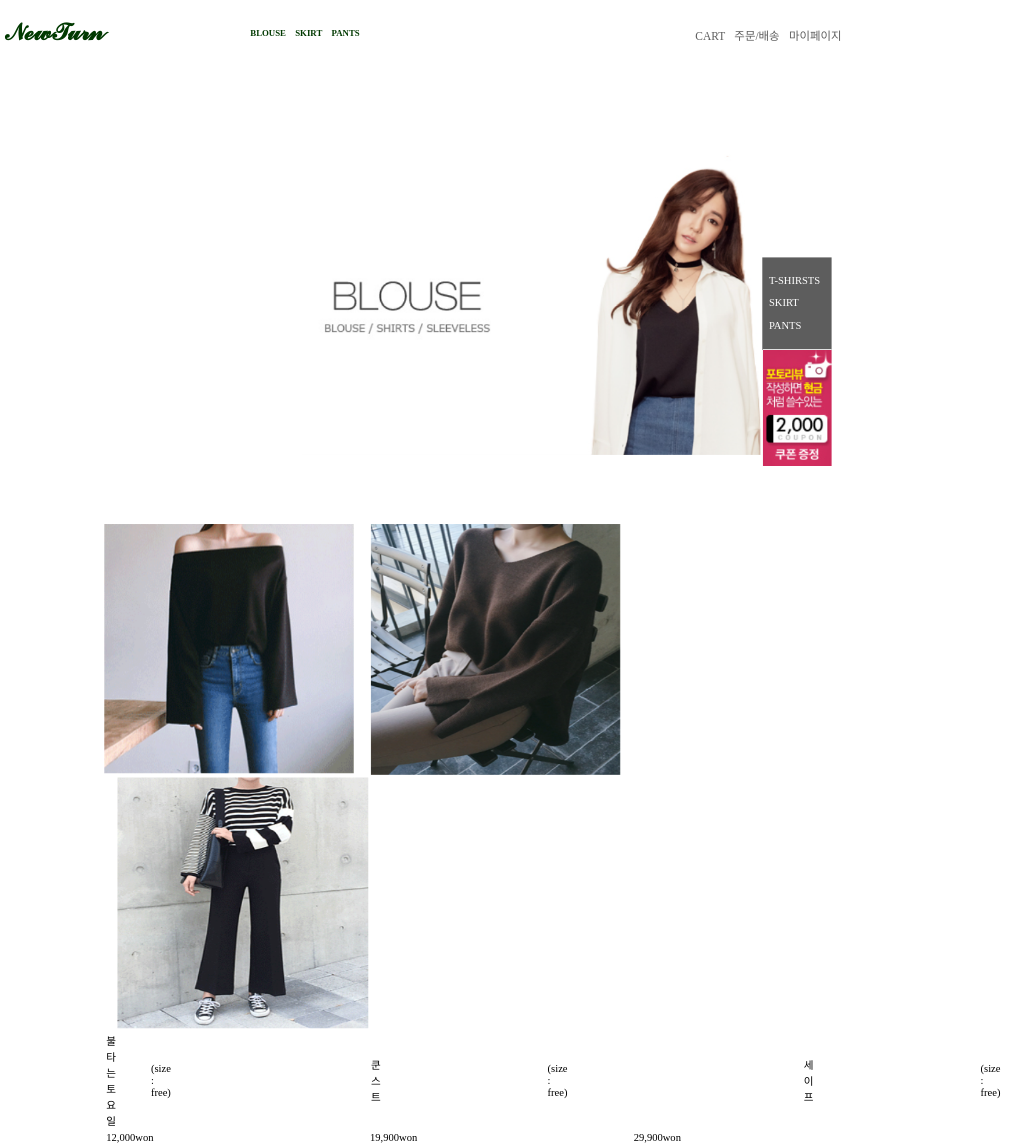
Repository: won0108/Port-Folio
Page: Creating_Homepage/Shopping/WebContent/top.html
An editor plug-in stored every save of this project. The page is shown before and after the next save, followed by the edit.
The browser window is 1280 px wide. The page is 1519 px wide, then 1569 px, so the pictures cover 1569 px, including what lies to the right of the window. The pictures show the whole page, at 66% of full size.

Above is the page before, as saved 2020-12-03 08:01:56.

### Creating_Homepage/Shopping/WebContent/top.html
<!DOCTYPE html>
<html>
<head>  <!--웹페이지에 대한 정보를 제공한다.-->
 <title> New Turn </title>  <!--탭에 New Turn을 나타낸다.-->
<style>

 	@font-face{
 	font-family:"My Font";
 	src: url("fontstyle/ENCOSCPT.TTF");
	}
 	h1{
   	color:#003900;
   	position:fixed;
   	top: 0px;
   	left:10px;
   	font-family:"My Font", serif;
   	font-size: 30pt;
   	}
	#infor{
	position:fixed;
	top:40px; right:0px;
	}
	#infor a{
	text-decoration:none;
	color:#5D5D5D;
	font-size:13pt;
	display: inline;
	padding :5px;
	}
	#infor a:hover{
	tex-decoration:underline;
	color: black;
	text-weight:bold;
	}
	#categ{
	position:fixed;
	top:25px; right:730px;
	}
	#categ ul li{
	display: inline;
	}
	#categ ul li a{
	text-decoration:none;
	color:#003900;
	font-size:10pt;
	font-weight:bold;
	text-transform:uppercase;
	padding :5px;
	}
	#categ ul li a:hover{
	tex-decoration:underline; color: black;
	}
	#main{
   	position:relative;
   	top: 300px; margin-left:150px;
   }
</style>
</head>
<body>
	<h1> NewTurn </h1>
	<div id="infor">
		<a href="">CART</a>
		<a href="">주문/배송</a>
		<a href="마이페이지.html">마이페이지</a>
	</div>
	<div id="categ">
		<ul>
			<li><a href="top.html">BLOUSE</a></li>
			<li><a href="skirt.html">SKIRT</a></li>
			<li><a href="pants.html">PANTS</a></li>
		</ul>
	</div>
	<img style="position:relative; top: 200px; left:450px;" src="images/티파니.PNG"><br>
	<div id="main">
			<img src="images/티셔츠1.PNG" width="380" height="380">
			<img src="images/티셔츠2.PNG" width="380" height="380" style="padding-left:20px;">
			<img src="images/티셔츠3.PNG" width="380" height="380" style="padding-left:20px;">
			<table>
				<tr>
					<td>불타는 토요일</td>
					<td style="padding-left:50px;">(size : free)</td>
					<td style="padding-left: 300px;">쿤스트</td>
					<td style="padding-left:250px;">(size : free)</td>
					<td style="padding-left: 355px;">세이프</td>
					<td style="padding-left:250px;">(size : free)</td>


			    </tr>
			</table>

		<table>
			<tr>
		    	<td>12,000won</td>
		    	<td style="padding-left: 325px;">19,900won</td>
		    	<td style="padding-left: 325px;">29,900won</td>
		    </tr>
		</table>
		</div>

<div style="background-color:#5D5D5D;
width:85px; height:120px; right:20px; bottom:190px;
color:white; display:block; position:fixed; padding:10px;">
<p>T-SHIRSTS</p>
<p>SKIRT</p>
<p>PANTS</p>
</div>
<div style=" display:block; position:fixed; right:20px; bottom:10px;">
<img src="쿠폰.png"></div>

</body>
</html>

After the next save:
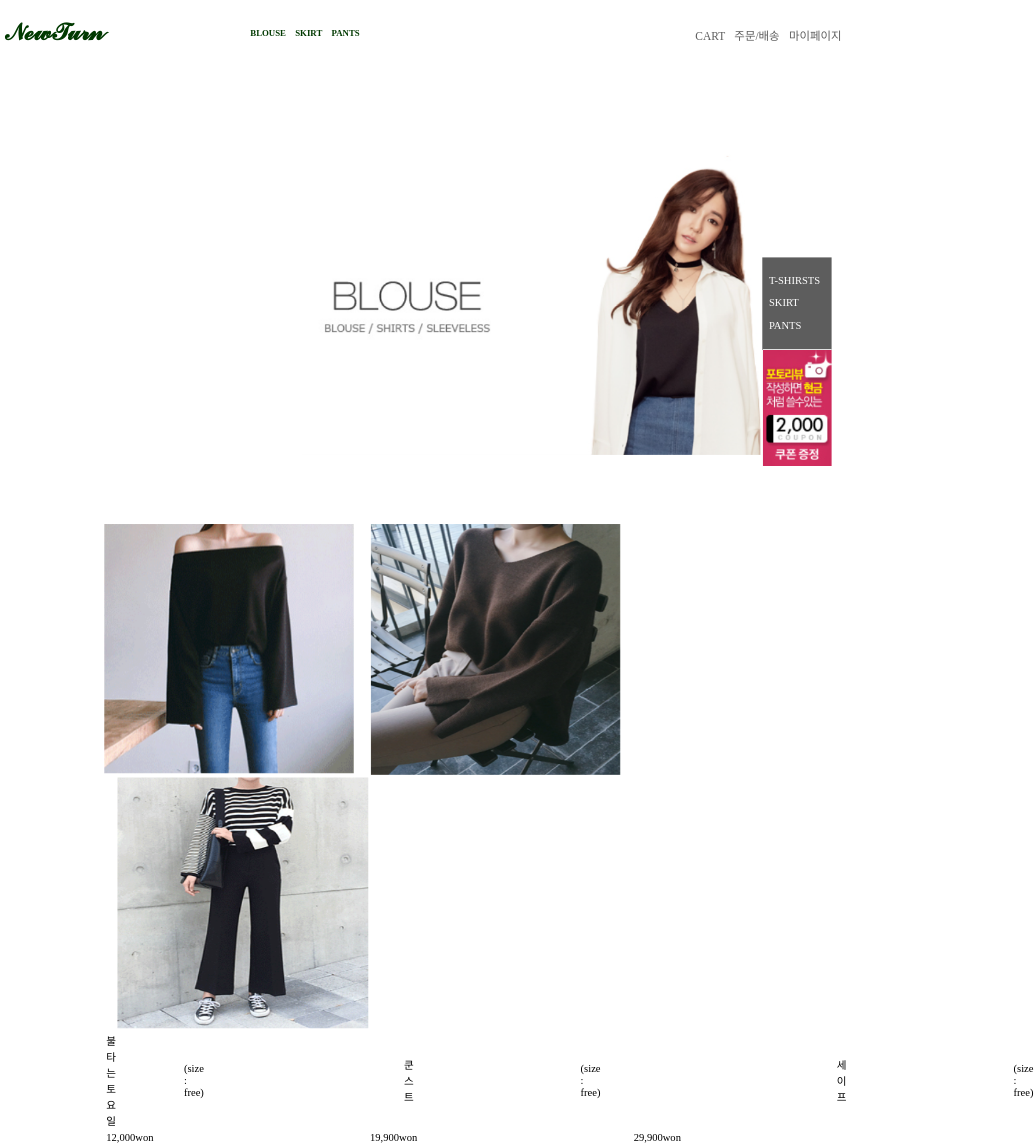
Saved 14 s later.
--- a/Creating_Homepage/Shopping/WebContent/top.html
+++ b/Creating_Homepage/Shopping/WebContent/top.html
@@ -78,7 +78,7 @@
 			<table>
 				<tr>
 					<td>불타는 토요일</td>
-					<td style="padding-left:50px;">(size : free)</td>
+					<td style="padding-left:100px;">(size : free)</td>
 					<td style="padding-left: 300px;">쿤스트</td>
 					<td style="padding-left:250px;">(size : free)</td>
 					<td style="padding-left: 355px;">세이프</td>
